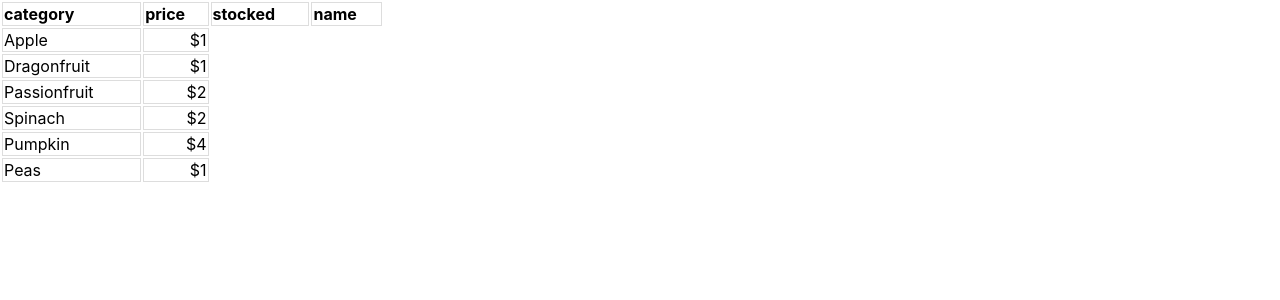
Repository: mariocapitbrok/reactjs-learn
Page: / (app in 05_filtered-data-table/)
An editor plug-in stored every save of this project. The page is shown before and after a run of saves, followed by the edit.
The browser window is 1280 px wide. The pictures show the whole page.
The project was rebuilt for these pictures with package versions that can differ from the ones it lists, and the page was loaded fresh each time.

Above is the page before, as saved 2023-02-25 22:20:23.

### 05_filtered-data-table/src/App.js
import Table from './components/Table'
import styled from 'styled-components'
import './App.css'

function App() {
  return (
    <div className="App">
      <StyledTable />
    </div>
  )
}

export default App

const StyledTable = styled(Table).attrs(props => ({
  data: PRODUCTS,
}))``

const PRODUCTS = [
  { category: 'Fruits', price: '$1', stocked: true, name: 'Apple' },
  { category: 'Fruits', price: '$1', stocked: true, name: 'Dragonfruit' },
  { category: 'Fruits', price: '$2', stocked: false, name: 'Passionfruit' },
  { category: 'Vegetables', price: '$2', stocked: true, name: 'Spinach' },
  { category: 'Vegetables', price: '$4', stocked: false, name: 'Pumpkin' },
  { category: 'Vegetables', price: '$1', stocked: true, name: 'Peas' },
]

### 05_filtered-data-table/src/components/Table.jsx
import styled from 'styled-components'
import '../App.css'

function Table({ data }) {
  const tableHeaders = createTableHeaders(data)

  const tableRows = data.map(product => (
    <StyledTableRow key={product.name}>
      <Td>{product.name}</Td>
      <TdPrice>{product.price}</TdPrice>
    </StyledTableRow>
  ))

  return (
    <StyledTable>
      <StyledTableHead>{tableHeaders}</StyledTableHead>
      <StyledTableBody>{tableRows}</StyledTableBody>
    </StyledTable>
  )
}

export default Table

const StyledTable = styled.table.attrs(props => ({
  id: 'products',
}))``
const StyledTableHead = styled.thead.attrs(props => ({}))``
const StyledTableBody = styled.tbody.attrs(props => ({}))``
const StyledTableRow = styled.tr.attrs(props => ({}))``
const StyledTableHeader = styled.th.attrs(props => ({}))``
const Td = styled.td.attrs(props => ({}))``

const TdPrice = styled(Td).attrs({
  className: 'money-data',
})``

function createTableHeaders(data) {
  const keys = Object.keys(data[0])
  const headerCells = keys.map(key => (
    <StyledTableHeader key={key}>{key}</StyledTableHeader>
  ))

  return <StyledTableRow>{headerCells}</StyledTableRow>
}

### 05_filtered-data-table/src/App.css

/* Table*/
#products {
  width: 30%;
  min-width: 200px;
}

#products th {
  text-align: left;
}

#products th, #products td {
  border: 1px solid #ddd;
}

.money-data {
  text-align: right;
}

Loaded but not shown: 05_filtered-data-table/public/index.html (common file); 05_filtered-data-table/src/index.js (common file); 05_filtered-data-table/src/index.css (common file); 05_filtered-data-table/src/reportWebVitals.js (common file)

After the next 3 saves:
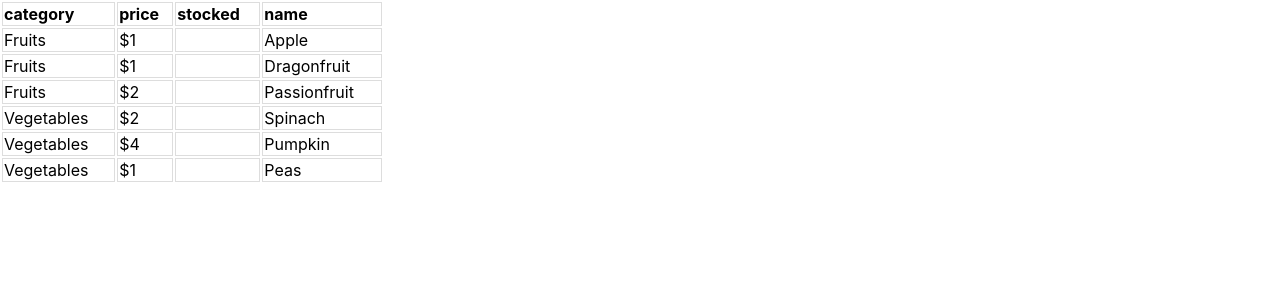
The 3 saves are shown as one change because 2 did not build or start.
The last was saved 2 min 43 s later.
--- a/05_filtered-data-table/src/components/Table.jsx
+++ b/05_filtered-data-table/src/components/Table.jsx
@@ -4,12 +4,10 @@ import '../App.css'
 function Table({ data }) {
   const tableHeaders = createTableHeaders(data)
 
-  const tableRows = data.map(product => (
-    <StyledTableRow key={product.name}>
-      <Td>{product.name}</Td>
-      <TdPrice>{product.price}</TdPrice>
-    </StyledTableRow>
-  ))
+  const tableRows = data.map(row => {
+    const cells = Object.values(row).map((value, i) => <td key={i}>{value}</td>)
+    return <StyledTableRow key={row.name}>{cells}</StyledTableRow>
+  })
 
   return (
     <StyledTable>
